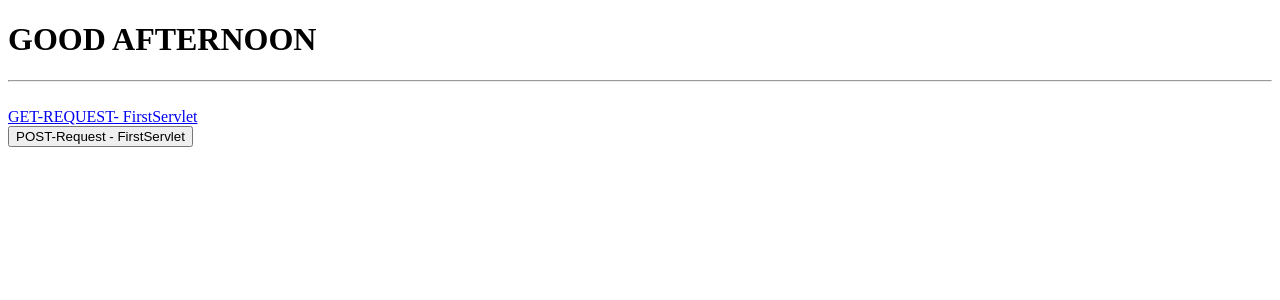
Repository: sunbeam-modular/IIT-08-B-Java
Page: Day06/codes/day1/secondapp/src/main/webapp/index.html
An editor plug-in stored every save of this project. The page is shown before and after the next save, followed by the edit.
The browser window is 1280 px wide. The pictures show the whole page.

Above is the page before, as saved 2025-12-22 10:09:12.

After the next save:
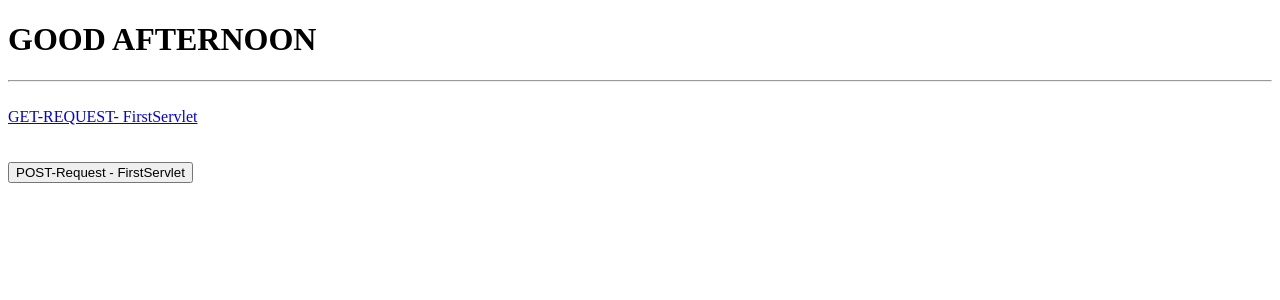
Saved 13 s later.
--- a/Day06/codes/day1/secondapp/src/main/webapp/index.html
+++ b/Day06/codes/day1/secondapp/src/main/webapp/index.html
@@ -9,10 +9,11 @@
 <hr/>
 <br/>
 <div>
-<a href = "first">GET-REQUEST- FirstServlet</a><br/>
-
+<a href = "first">GET-REQUEST- FirstServlet</a>
 </div>
 <div>
+<br/>
+<br/>
 <form method = "post" action = "first">
 <input type = "submit" value = "POST-Request - FirstServlet"/>
 </form>

After the save that followed:
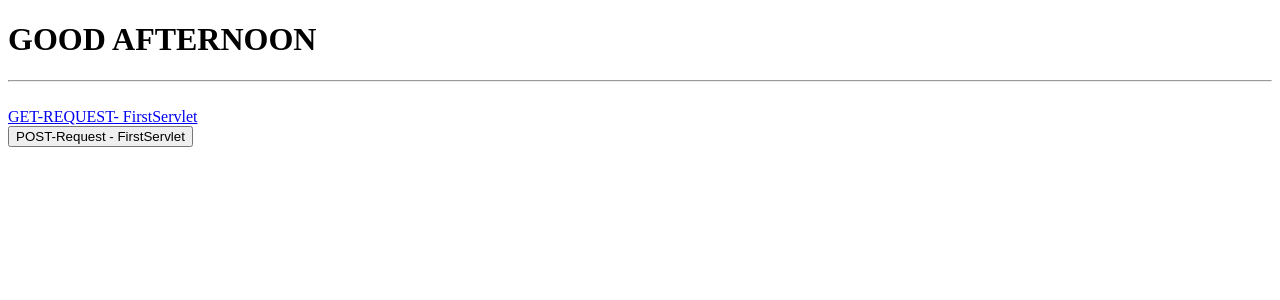
Saved 17 s later.
--- a/Day06/codes/day1/secondapp/src/main/webapp/index.html
+++ b/Day06/codes/day1/secondapp/src/main/webapp/index.html
@@ -10,10 +10,9 @@
 <br/>
 <div>
 <a href = "first">GET-REQUEST- FirstServlet</a>
+<br/>
 </div>
 <div>
-<br/>
-<br/>
 <form method = "post" action = "first">
 <input type = "submit" value = "POST-Request - FirstServlet"/>
 </form>
